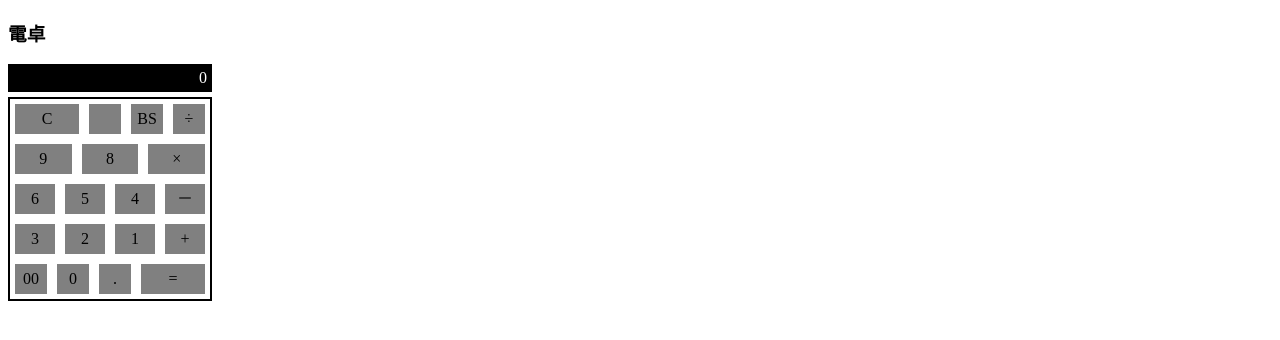
Repository: haya67/jsCalculator
Page: index.html
The author's editor kept a record of every edit. The page is drawn from the files as they stood at one moment, then again after the next edit.
The browser window is 1280 px wide. The pictures show the whole page.
Some web libraries are served in a nearby version.

Above is the page before.

### index.html
 <!DOCTYPE html>
 <html lang="en">
 <head>
 <meta charset="utf-8">
 <script src="https://code.jquery.com/jquery-3.2.1.js" integrity="sha256-DZAnKJ/6XZ9si04Hgrsxu/8s717jcIzLy3oi35EouyE=" crossorigin="anonymous"></script>
 <link rel="stylesheet" href="main.css">
 <title>電卓</title>
 </head>

 <body>
 <h3>電卓</h3>

 <!-- ここに記述していきましょう！ -->
 <div class = "container">

<!--      計算結果を出力する場所-->
      <div id = "output_total" class="output ">0</div>

<!--      計算過程を出力する -->
      <div id = "output_sub" class="output active">0</div>

<!--      ボタンを配置する場所-->
      <div class = 'input'>
          <section class = 'row'>
            <div id = "clear">C</div>
            <div class = "num_bth"></div>
            <div class = "num_bth" id="bs">BS</div>
            <div class = "num_bth cal" data-index-id= '/'>÷</div>
          </section>
          <section class = 'row'>
            <div class = "num_bth one_nine " data-index-id = 9 >9</div>
            <div class = "num_bth one_nine " data-index-id = 8 >8</div>

            <div class = "num_bth cal" data-index-id = '*'>×</div>
          </section>
          <section class = 'row'>
            <div class = "num_bth one_nine " data-index-id = 6 >6</div>
            <div class = "num_bth one_nine " data-index-id = 5 >5</div>
            <div class = "num_bth one_nine " data-index-id = 4 >4</div>
            <div class = "num_bth cal" data-index-id = '-'>－</div>
          </section>
          <section class = 'row'>
            <div class = "num_bth one_nine " data-index-id = 3 >3</div>
            <div class = "num_bth  one_nine" data-index-id = 2 >2</div>
            <div class = "num_bth  one_nine" data-index-id = 1 >1</div>
            <div class = "num_bth cal" data-index-id = '+'>+</div>
          </section>
          <section class = 'row'>
            <div class = "num_bth" data-index-id = 00 >00</div>
            <div class = "num_bth" id="zero" data-index-id = 0 >0</div>
            <div class = "num_bth" id="point" data-index-id = . >.</div>
            <div id = 'equal_btn'>=</div>
          </section>
      </div>
    </div>

 <script src="main.js"></script>
 </body>
 </html>

### main.css
.container {
  width: 200px;
}

.output {
  width: 194px;
  text-align: right;
  padding: 5px;
  margin-bottom: 5px;
  color: white;
  background-color: black;
  /*box-sizing: border-box;*/
  display:none;
}

.output.active {
  display:block;
}

.input {
  width:200px;
  border: 2px solid black;
}

.row {
  display: flex;
  justify-content: space-between;
  width: 200px;
}

.num_bth {
  width: 60px;
  height: 30px;
  text-align: center;
  line-height: 30px;
  background: gray;
  cursor: pointer;
  margin: 5px;
}

#clear, #equal_btn{
  width: 120px;
  text-align: center;
  line-height: 30px;
  background: gray;
  cursor: pointer;
  margin: 5px;
}

### main.js
$(document).ready(function(){

    const num_bth = document.querySelectorAll('.num_bth');

    // 計算結果を表示する所
    let output_sub = document.getElementById('output_sub');

    // 計算過程を表示するところ
    const output_total = document.getElementById('output_total');

    // 計算式を表す変数
    let total = 0;

    // // 最初の状態を定義
    let state = 'start';

    // 最初の整数入力モード
    let mode = 'integer_mode';


    // 1~9を押した時
    const one_nine = document.querySelectorAll ('.one_nine');
    one_nine.forEach(index => {
        index.addEventListener('click', () => {
            if(state === 'start') {
                total = index.dataset.indexId;
            }else if (state === 'finish') {
                reset();
                total = index.dataset.indexId;
            }else if (state === 'calculation' ) {
                total += index.dataset.indexId;
            }
            output_sub.textContent = total;
            state = 'calculation'
            // changeOutput()
        });
    });


    // 0を押したとき
    const zero = document.getElementById('zero');
    zero.addEventListener('click', () => {
        if(state === 'start' || state === 'finish' || state === 'calBtn'){
            if(output_sub.textContent.slice(-1) === '0') {
                console('前の文字はゼロ');
                return;
            }
        }

        if(state === 'start') {
            total = zero.dataset.indexId;
        }else {
            total += zero.dataset.indexId;
        }
        output_sub.textContent = total;
    });


    // .を押したとき
    const point = document.getElementById('point');
    point.addEventListener('click' , () => {
        console.log(point.dataset.indexId)
        if(mode === 'decimal_mode') {
            return;
        }
        if (state === 'start' || state === 'finish' ) {
            total = 0;
        }else if(state = 'calBtn') {
            if(output_sub.textContent.slice(-1) !=='0'){
                total += 0;
            }
        }
        total += point.dataset.indexId

        output_sub.textContent = total;
        state = 'calculation';
        mode = 'decimal_mode';

    });

    // +÷-×を押したとき
    const cal = document.querySelectorAll('.cal');
    cal.forEach(index => {
        index.addEventListener('click' , () => {
            if (state === 'start') {
                return;
            }else if(state === 'calculation') {
                total += index.dataset.indexId;
            }else if(state === 'finish') {
                total = output_total.textContent;
                total += index.dataset.indexId;
                output_total.textContent = 0;
            }
            console.log(index.dataset.indexId);
            output_sub.textContent = total;
            state = 'calBtn';
            mode = 'integer_mode';
        });
    });




    // =を押した時
    const equal_btn = document.getElementById('equal_btn');
    equal_btn.addEventListener('click', () => {
        console.log(eval(total));
        output_total.textContent = eval(total);
        state = 'finish';
        mode = 'integer_mode';
    });


    // Cを押した時
    const clear = document.getElementById('clear')
    clear.addEventListener('click' , () =>{
        reset();
    });

    function reset() {
        total = 0;
        output_sub.textContent = 0;
        output_total.textContent = 0;
        mode = 'integer_mode';
    };


    // // 計算過程画面と計算結果画面の切り替え
    function changeOutput() {
        if (state === 'finish') {
            output_total.classList.add('active');
            output_sub.classList.remove('active');
        } else{
            output_sub.classList.add('active');
            output_total.classList.remove('active');
        }
    };





})

After the next edit:
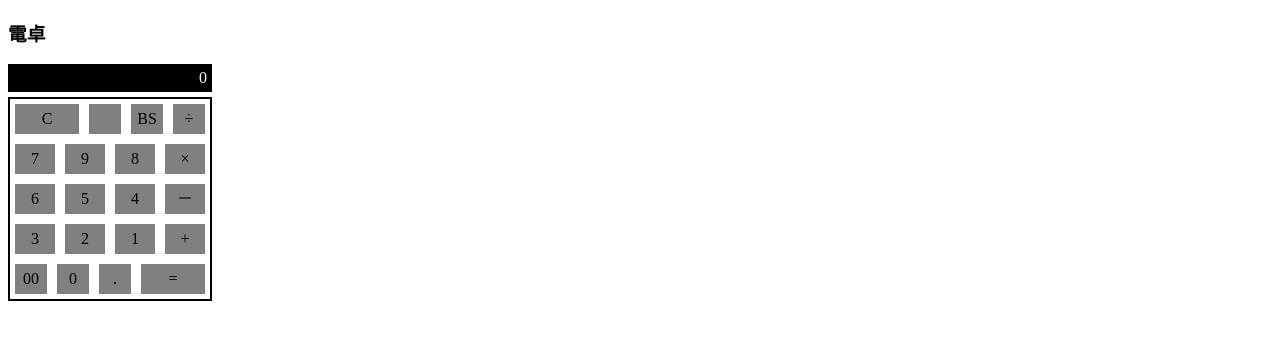
The edit:
--- a/index.html
+++ b/index.html
@@ -28,6 +28,7 @@
             <div class = "num_bth cal" data-index-id= '/'>÷</div>
           </section>
           <section class = 'row'>
+            <div class = "num_bth one_nine " data-index-id = 7 >7</div>
             <div class = "num_bth one_nine " data-index-id = 9 >9</div>
             <div class = "num_bth one_nine " data-index-id = 8 >8</div>
 
